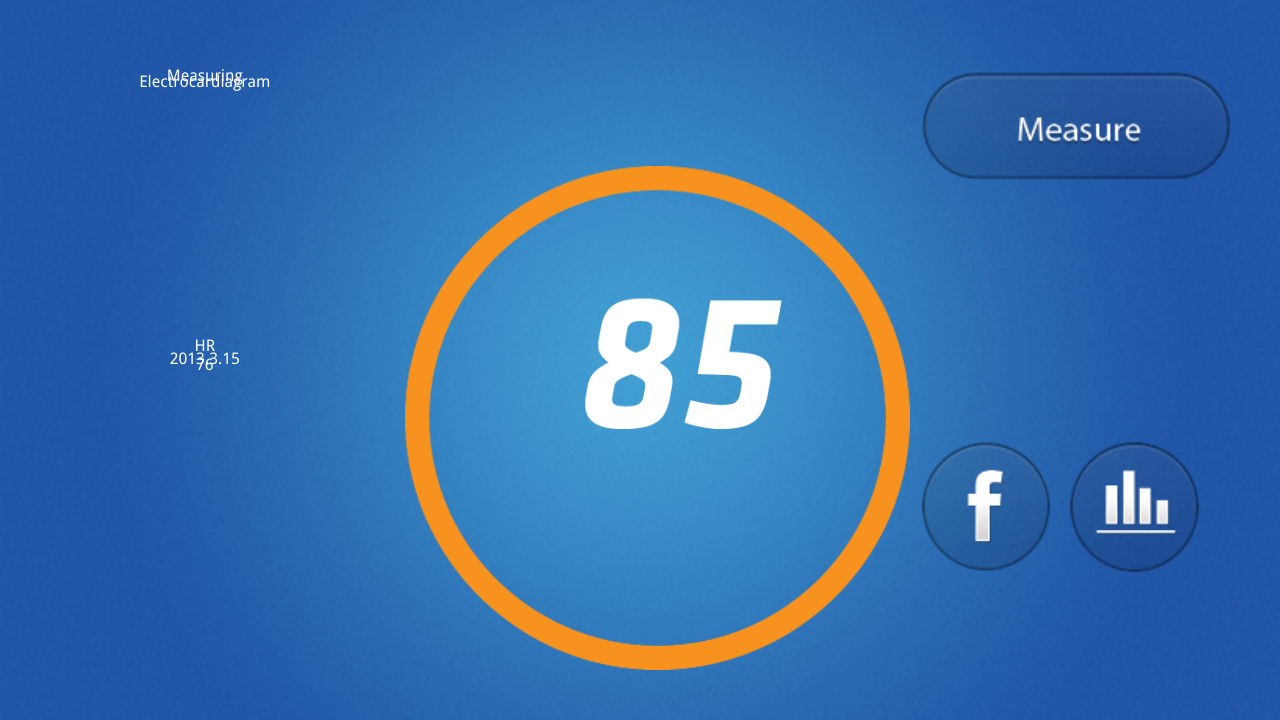
Repository: chouwill79131/IEcontest
Page: BluetoothChat/assets/complete.html
The author's editor kept a copy of each file at every save. The page is drawn from the files as they stood at one save, then again after the next save.
The browser window is 1280 px wide. The pictures show the whole page.

Above is the page before, as saved 2013-03-08 17:38:42.
Console error: TypeError: Cannot set properties of null (setting 'innerHTML')

### BluetoothChat/assets/complete.html
<html>
  <head>
    <meta http-equiv="Content-Type" content="text/html; charset=utf-8"/>
    <link href="complete.css" rel="stylesheet"/>
    <script src="jquery.js"></script>
    <script src="highcharts.js"></script>
    <script src="delay.js"></script>
    <script src="main.js"></script>
  </head>
  <body>
    <div id="main" >
    	<div class="left">
			<div class="text">
				<div class="word">Electrocardiagram</div><br />
				<div class="subword">Measuring</div><br />

				<div class="hr">HR<div id="hr">76</div></div><br />
				<div class="date">2013.3.15</div>
			</div>

		</div>

		<div class="mid">
			<img class="rhythm" src="button/85.png" />
			<img class="circle" src="button/circle.png" />
		</div>

		<div class="right">
			<button class="measure"><img src="button/Measure.png" /></button><br />
			<button class="share" ><img src="button/Share.png" /></button>
			<button class="record"><img src="button/Record.png" /></button>
		</div>




	</div>
  </body>
</html>

### BluetoothChat/assets/complete.css
@font-face {
    font-family: droidsans;
    src: url(fonts/droidsans.ttf);
}

body { margin:0; padding:0;}
#main { width: auto; height: 100%; background-image: url(button/background.png); background-size: 100% 100%; }
.left, .mid, .right {float: left; height: 100%; }


.left {  width: 28%; padding-left:2%;}
.text, .hr , .date{ text-align: center; color:white;}
.word { margin-top: 20%;  font-family: droidsans,impact ; }
.subword, .date { margin-top:-12%; font-family: droidsans ;}
.hr {   margin-top: 65%;  font-family: droidsans,Impact ;}

.mid { width: 41%; }
.rhythm, .circle { width: auto; height:70%; margin-left: 4%; }
.rhythm { margin-top: 22%; z-index: 1;  margin-left:-28% ;}
.circle { margin-top: -86.5%; z-index: 2; }

.right { width: 29%; }
.right button { float: left; border: none; background: transparent; }
.measure img {margin-top: 5%; width: auto;  height:15%; }
.share img, .record img { width: auto;  height:18%; }
.measure { margin-left: 2%; margin-top: 15%; }
.share, .record { background: red;margin-top: 70%; margin-left: 2%; }


<!--
border? font? .record_top
-->

### BluetoothChat/assets/delay.js

$(function(){
setTimeout(function(){
$.getScript("dy_chart.js");
},200)
})

### BluetoothChat/assets/main.js
var chart;
var step = 0.01;	//step0.008每秒125點	//0.005極限
var xstart = step;
var hr = "--";
var score = "--";
var index;
$(document).ready(function ready() {

    var s = "";
    var theDate = new Date();
    s += theDate.getYear()+1900 + ".";                //  年
    s += (theDate.getMonth() + 1) + ".";				// 月
    s += theDate.getDate(); 							// 日
    document.getElementById("date").innerHTML = s;
    index = document.getElementById("main").innerHTML; //保留首頁

    $(".measure").live("click", function() {
      measure();
    }); //click .measure


}); //(document).ready

function shared(){
	view1 = document.getElementById("rhythm").innerHTML;
	document.getElementById("rhythm").innerHTML = view1+'<img class="stop" src="button/complete.png" style="width:100%; margin-top: -50% ;z-index:5;position: relative;" />';
	$("#main").live("click", function() {
      document.getElementById("rhythm").innerHTML = view1;
    });
}

function complete(hr1,score1){
  hr = hr1;
  score = score1;
  view = document.getElementById("dy_chart").innerHTML;
  document.getElementById("dy_chart").innerHTML = view+'<img class="stop" src="button/Completed.png" style="width:50%; margin: -20% 0% 0% 25%; z-index:2;position: relative;" />';
  $(".stop").html('<img src="button/Continue.png" />');
}

function addSomething(a) {
  for (var i in a){
    chart.series[0].addPoint([xstart,a[i]],false,true);
    xstart += step;
  }
  chart.redraw();
}

function history(history){
	view2 = document.getElementById("main").innerHTML;
    $("#main").html(
    '<div class="main1">'+
	'<div class="contain">'+
	'<div id="dy_chart" style="z-index:1;position: relative;"></div>'+
	'</div>'+
	'<div id="foot">'+
	'<button class="stop">'+
	'<img src="button/Back.png" />'+
	'</button>'+
	'</div>'+
    '</div>'
    );

    Highcharts.setOptions({
      global: {
	useUTC: true
      }
    });

    hischart = new Highcharts.Chart({
      chart: {
		renderTo: 'dy_chart',
		backgroundColor: 'transparent',
		type: 'line',
      },
      title: {
		style:{ color: '#FFFFFF'},
		text: 'Measure history',
      },
      credits: {			// highchart.com
		enabled:false
      },
      legend: {  			// 線的標示
        enabled: false
      },
      xAxis: {
      	type: 'datetime',
		dateTimeLabelFormats: { // don't display the dummy year
	  		month: '%e. %b',
	  		year: '%b'
		},
		lineColor: '#FFFFFF',
		labels: {
	  		style: {
				color: '#FFFFFF',
			}
		}
	  },
	  yAxis: {
	    title: {text: 'Feeling',
	    			style: {
						color: '#FFFFFF',
					}
				},
	  	gridLineColor: '#FFFFFF',
	  	labels: {
	  		style: {
				color: '#FFFFFF',
			}
		}
	  },
	  plotOptions: {
                line: {
                    dataLabels: {
                        enabled: true,
                        color: '#FFFFFF',
                    },
                    enableMouseTracking: true,
                }
      },
	series: [{
	  name: 'measure history',
	  color: '#FFFFFF',
	  data: history
	}],
    });

    $(".stop").live("click", function(){
 //     hr = "--";
      $(".main1").html(view2);
 //     document.getElementById("hr").innerHTML = hr;
    });
};// .record click

function measure(){
	xstart = 0.01;
	$("#main").html('<div class="main1">'+
		'<div class="contain">'+
		'<div id="dy_chart" style="z-index:1;position: relative;"></div>'+
		'</div>'+
		'<div id="foot">'+
		'<button class="stop" onclick="window.MyHandler.disconnect()">'+
		'<img src="button/Stop.png" />'+
		'</button>'+
		'</div>'+
      	'</div>');
    Highcharts.setOptions({
      global: {useUTC: true }
    });
    chart = new Highcharts.Chart({
      chart: {
		renderTo: 'dy_chart',
		backgroundColor: 'transparent',
		type: 'spline',
		marginRight: 10,
      },
      credits: {enabled:false},
      title: {
		style:{ color: '#FFFFFF'},
		text: 'Electrondiagram',
      },
      xAxis: {
		type: 'x Axis',
		style:{ color: '#FFFFFF'},
		tickPixelInterval: 100,
		lineColor: '#FFFFFF',
		labels: {style: {color: '#FFFFFF'}},
      },
      yAxis: {
      	title: {
      		text: 'Score',
      		style: {color: '#FFFFFF'}},
	  		gridLineColor: '#FFFFFF',
	  		labels: {style: {color: '#FFFFFF'}},
			//max:1500,
			//min:0,
			title: {
	  			style:{ color: '#FFFFFF'},
	  			text: 'PPG'
	  		},
			plotLines: [{value: 0,width: 1}]
      	},
      	legend: {enabled: false},
      	exporting: {enabled: false},
      	plotOptions: {
			spline: {
	  			lineWidth: 1,
	  			states: {
	    			hover: {
	      				enabled: false,
	      				lineWidth: 2
	    			}
	  			},
	  		marker: {
	    		enabled: false,
	    		states: {
	      			hover: {
						enabled: false,
	      			}
	    		}
	  		},
		}
      }, // yAxis
      series: [{
		name: 'Data',
		color: '#FFFFFF',
		data: (function() {
	  		var data = [];
	  		var step = 0.01;	//step0.008每秒125點	//0.005極限
			var xstart = step;
	  		for (var i = -4; i <= xstart; i+=step){data.push({x: i,y: 0 });}
	  		return data;
		})()
		}]
    }); //Highcharts

    hr = '--';
    score = '--';
    $(".stop").live("click",function() {
      $(".main1").html(index);
      document.getElementById("hr").innerHTML = hr;
      document.getElementById("rhythm").innerHTML = '<div id="score">'+score+'</div><img class="circle" src="button/circle.png" />';
    }); //click .stop
}

### BluetoothChat/assets/dy_chart.js
var chart;
var step = 0.01;	//step0.008每秒125點	//0.005極限
var xstart = step;
//a = Math.random();
var hr = 15;
var score = 80;
function complete(hr1,score1){
	hr = hr1;
	score = score1;
	view = document.getElementById("dy_chart").innerHTML;
	document.getElementById("dy_chart").innerHTML = view+'<img class="stop" src="button/60.png" style="width:50%; margin: -20% 0% 0% 25%; z-index:2;position: relative;" /><br />'+hr+',<br />'+score;
}

function addSomething(a) {
//	setInterval(function() {        			 // for testing feq
	for (var i in a){
		chart.series[0].addPoint([xstart,a[i]],false,true);
		xstart += step;
	}

	/**
	chart.series[0].addPoint([xstart,a],false,true);
	xstart += step;
	**/

	chart.redraw();
//	}, 1000);									// for testing feq
}



$(function () {
	$(".stop").click(function() {
	$(".main1").html('  <div id="main" >'+
    	'<div class="left">'+
			'<div class="text">'+
				'<div class="word">Electrocardiagram</div><br />'+
				'<div class="subword">Measuring</div><br />'+
				'<div class="hr">HR <span id="hr"></span></div>'+
				'<div id="date"></div>'+
			'</div>'+
		'</div>'+
		'<div class="mid" id="mid">'+
			'<div class="score">84</div>'+
			'<img class="circle" src="button/circle.png" />'+
		'</div>'+
		'<div class="right">'+
			'<button class="measure"><img src="button/Measure.png" /></button><br />'+
			'<button class="share" ><img src="button/Share.png" /></button>'+
			'<button class="record"><img src="button/Record.png" /></button>'+
		'</div>'+
	'</div>');
 // 		window.location.href = "complete.html";
	});
    $(document).ready(function() {
        Highcharts.setOptions({
            global: {
                useUTC: false
            }
        });

        chart = new Highcharts.Chart({
            chart: {
                renderTo: 'dy_chart',
                backgroundColor: 'transparent',
                type: 'spline',
                marginRight: 10,
            },
            credits: {
            enabled:false
            }
            ,
            title: {
            	style:{ color: '#FFFFFF'},
                text: 'Electrondiagram',
            },
            xAxis: {
                type: 'x Axis',
                style:{ color: '#FFFFFF'},
                tickPixelInterval: 150
            },
            yAxis: {
            	max:1500,
            	min:0,
                title: {
                	style:{ color: '#FFFFFF'},
                    text: 'Value'
                },
                plotLines: [{
                    value: 0,
                    width: 1,
                }]
            },

            legend: {
                enabled: false
            },
            exporting: {
                enabled: false
            },
	    plotOptions: {
                spline: {
                   lineWidth: 1,
                   states: {
                       hover: {
                       	enabled: false,
                        lineWidth: 2
                       }
                   },
                   marker: {
                      enabled: false,
                      states: {
                          hover: {
                             enabled: false,
                          }
                      }
                  },
               }
            },
            series: [{
                name: 'Data',
                color: '#FFFFFF',
                data: (function() {
                    // generate an array of random data
                    var data = [],
                        time = (new Date()).getTime(),i;

                    for (i = -4; i <= xstart; i+=step) {
                        data.push({
                            x: i,
                            y: 0
                        });
                    }
                    return data;
                })()
            }]
        });
    });
});

Loaded but not shown: BluetoothChat/assets/jquery.js (library); BluetoothChat/assets/highcharts.js (library)

After the next save:
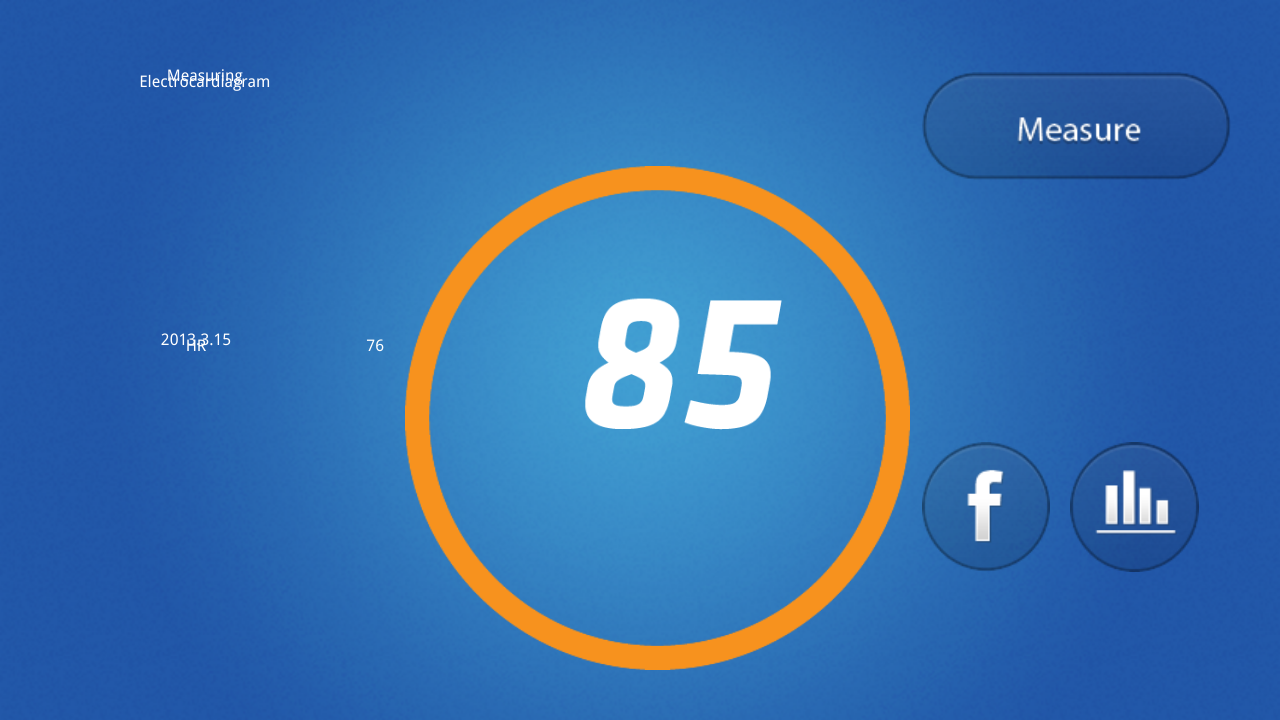
Saved 2 min 4 s later.
--- a/BluetoothChat/assets/complete.css
+++ b/BluetoothChat/assets/complete.css
@@ -13,6 +13,7 @@ body { margin:0; padding:0;}
 .word { margin-top: 20%;  font-family: droidsans,impact ; }
 .subword, .date { margin-top:-12%; font-family: droidsans ;}
 .hr {   margin-top: 65%;  font-family: droidsans,Impact ;}
+#hr {float:right;}
 
 .mid { width: 41%; }
 .rhythm, .circle { width: auto; height:70%; margin-left: 4%; }
